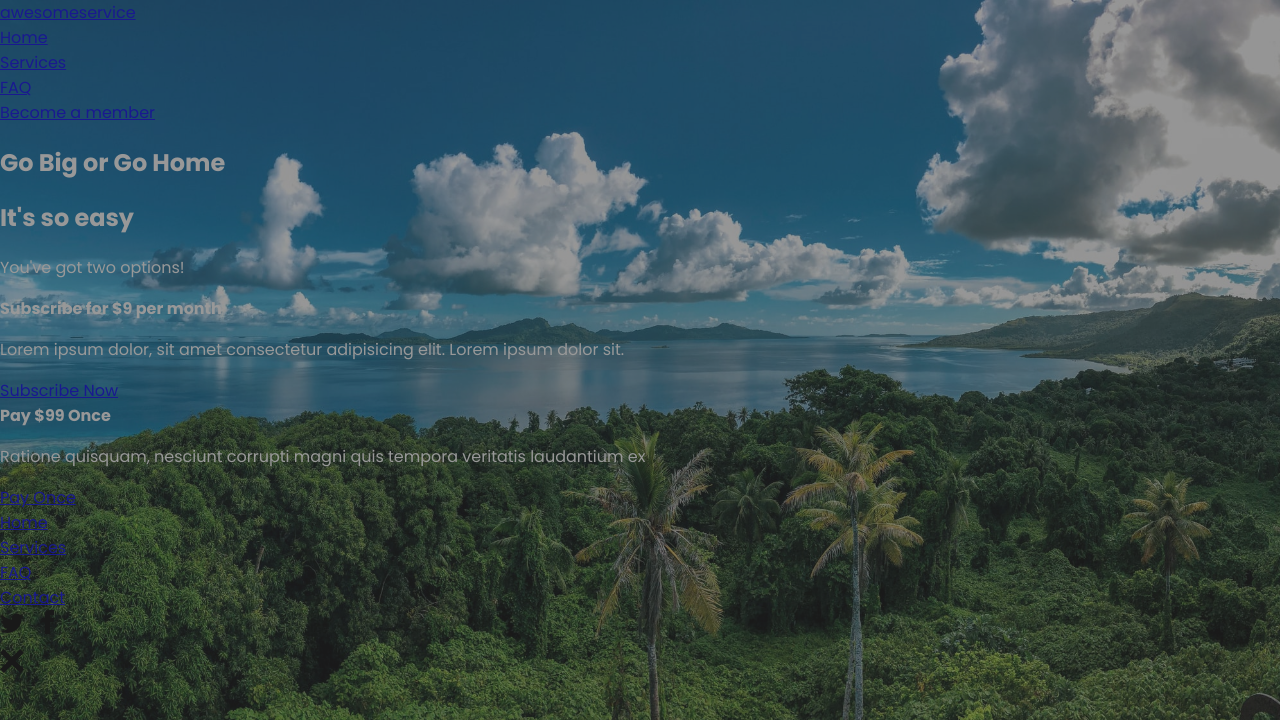
Repository: Hyperion72R/Animated-Navigation
Page: index.html
The author's editor kept a copy of each file at every save. The page is drawn from the files as they stood at one save, then again after the next save.
The browser window is 1280 px wide. The pictures show the whole page.
The style sheet was rebuilt from its Sass, Less or Tailwind sources for each picture, by a compiler version that may differ from the author's.

Above is the page before, as saved 2021-08-14 16:03:11.

### index.html
<!DOCTYPE html>
<html lang="en">
  <head>
    <meta charset="UTF-8" />
    <meta http-equiv="X-UA-Compatible" content="IE=edge" />
    <meta name="viewport" content="width=device-width, initial-scale=1.0" />
    <title>Document</title>
    <link rel="stylesheet" href="css/main.css" />
  </head>
  <body>
    <header>
      <a href="#" class="logo">awesomeservice</a>

      <nav>
        <ul>
          <li><a href="#">Home</a></li>
          <li><a href="#">Services</a></li>
          <li><a href="#">FAQ</a></li>
          <li class="active"><a href="#">Become a member</a></li>
        </ul>
      </nav>
    </header>

    <section>
      <h1>Go Big or Go Home</h1>
    </section>

    <div class="overlay">
      <div class="left">
        <h2>It's so easy</h2>
        <p>You've got two options!</p>

        <div class="cards">
          <div class="card">
            <strong>Subscribe for $9 per month</strong>
            <p>
              Lorem ipsum dolor, sit amet consectetur adipisicing elit. Lorem
              ipsum dolor sit.
            </p>
            <a href="#" class="cta">Subscribe Now</a>
          </div>

          <div class="card">
            <strong>Pay $99 Once</strong>
            <p>
              Ratione quisquam, nesciunt corrupti magni quis tempora veritatis
              laudantium ex
            </p>
            <a href="#" class="cta pay-once">Pay Once</a>
          </div>
        </div>
      </div>

      <div class="middle">
        <ul class="secondary">
          <li><a href="#">Home</a></li>
          <li><a href="#">Services</a></li>
          <li><a href="#">FAQ</a></li>
          <li><a href="#">Contact</a></li>
        </ul>

        <div class="social-nav">
          <a href="" class="twitter"
            ><svg
              xmlns="http://www.w3.org/2000/svg"
              width="32"
              height="32"
              viewBox="0 -1.15 32 32"
            >
              <path
                d="M24 4.557c-.883.392-1.832.656-2.828.775 1.017-.609 1.798-1.574 2.165-2.724-.951.564-2.005.974-3.127 1.195-.897-.957-2.178-1.555-3.594-1.555-3.179 0-5.515 2.966-4.797 6.045-4.091-.205-7.719-2.165-10.148-5.144-1.29 2.213-.669 5.108 1.523 6.574-.806-.026-1.566-.247-2.229-.616-.054 2.281 1.581 4.415 3.949 4.89-.693.188-1.452.232-2.224.084.626 1.956 2.444 3.379 4.6 3.419-2.07 1.623-4.678 2.348-7.29 2.04 2.179 1.397 4.768 2.212 7.548 2.212 9.142 0 14.307-7.721 13.995-14.646.962-.695 1.797-1.562 2.457-2.549z"
              /></svg
          ></a>
          <a href="" class="facebook"
            ><svg
              xmlns="http://www.w3.org/2000/svg"
              width="32"
              height="32"
              viewBox="0 0 32 32"
            >
              <path
                d="M9 8h-3v4h3v12h5v-12h3.642l.358-4h-4v-1.667c0-.955.192-1.333 1.115-1.333h2.885v-5h-3.808c-3.596 0-5.192 1.583-5.192 4.615v3.385z"
              /></svg
          ></a>
        </div>
      </div>

      <div class="right">
        <svg
          class="exit"
          xmlns="http://www.w3.org/2000/svg"
          width="58"
          height="58"
          viewBox="0 0 58 58"
        >
          <path
            d="M24 20.188l-8.315-8.209 8.2-8.282-3.697-3.697-8.212 8.318-8.31-8.203-3.666 3.666 8.321 8.24-8.206 8.313 3.666 3.666 8.237-8.318 8.285 8.203z"
          />
        </svg>
      </div>
    </div>
  </body>
</html>

### css/main.scss
@import url("https://fonts.googleapis.com/css2?family=Poppins:ital,wght@0,400;0,500;0,600;0,700;0,800;0,900;1,400;1,500;1,600;1,700;1,800;1,900&display=swap");

*,
*:before,
*::after {
  box-sizing: border-box;
}

body::after {
  content: "";
  display: block;
  width: 100%;
  height: 100%;
  background-color: rgba(51, 51, 51, 0.5);
  position: absolute;
  top: 0;
  left: 0;
}

body {
  height: 100vh;
  //   background: #8000ff url("../assets/images/bg.jpg");
  //   background: linear-gradient(rgba(4, 230, 168, 0.8), rgba(44, 189, 230, 0.8)),
  //     url("../assets/images/bg.jpg");
  background: url("../assets/images/bg.jpg");
  background-size: cover;
  color: white;
  font-family: "Poppins";
  margin: 0;
  //   overflow: hidden;
  background-repeat: no-repeat;
}

ul {
  list-style-type: none;
  margin: 0;
  padding: 0;
}

section,
header {
}

.overlay {
  //   display: none;
}

After the next save:
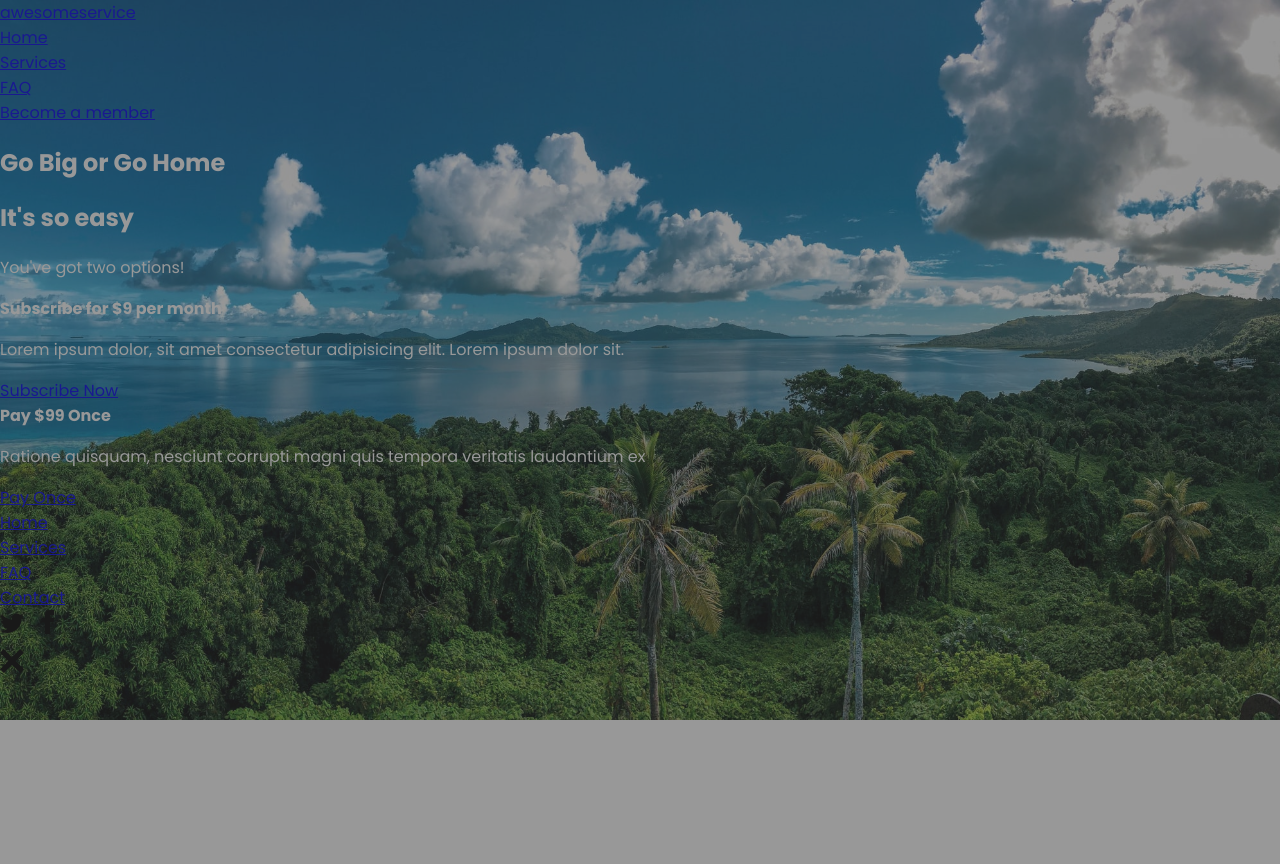
Saved 4 s later.
--- a/css/main.scss
+++ b/css/main.scss
@@ -10,7 +10,7 @@ body::after {
   content: "";
   display: block;
   width: 100%;
-  height: 100%;
+  height: 120%;
   background-color: rgba(51, 51, 51, 0.5);
   position: absolute;
   top: 0;
